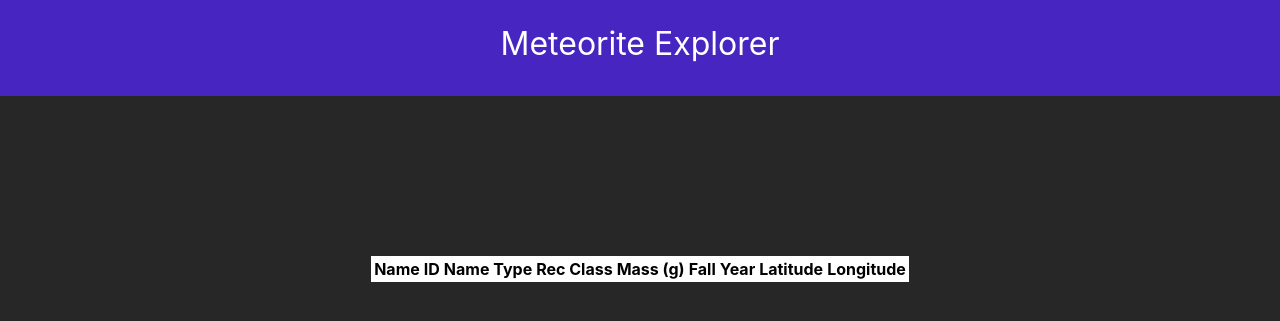
Repository: Tsardines/meteorite-explorer
Page: / (app in meteorite-explorer/)
An editor plug-in stored every save of this project. The page is shown before and after the next save, followed by the edit.
The browser window is 1280 px wide. The pictures show the whole page.
The page's requests for data from a server got no answer. The project was rebuilt for these pictures with package versions that can differ from the ones it lists, and the page was loaded fresh each time. No one was signed in, and anything a server would have sent is missing.

Above is the page before, as saved 2019-05-27 16:43:44.

After the next save:
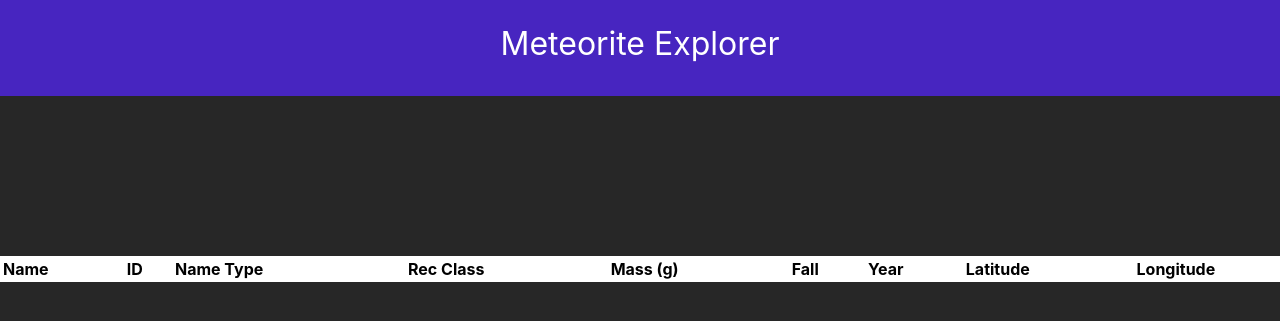
Saved 16 s later.
--- a/meteorite-explorer/src/App.css
+++ b/meteorite-explorer/src/App.css
@@ -20,6 +20,7 @@ body {
 .my-table {
   background-color: white;
   margin: 10rem auto;
+  width: 105%;
 }
 
 .my-table tr:nth-child(odd):hover {
